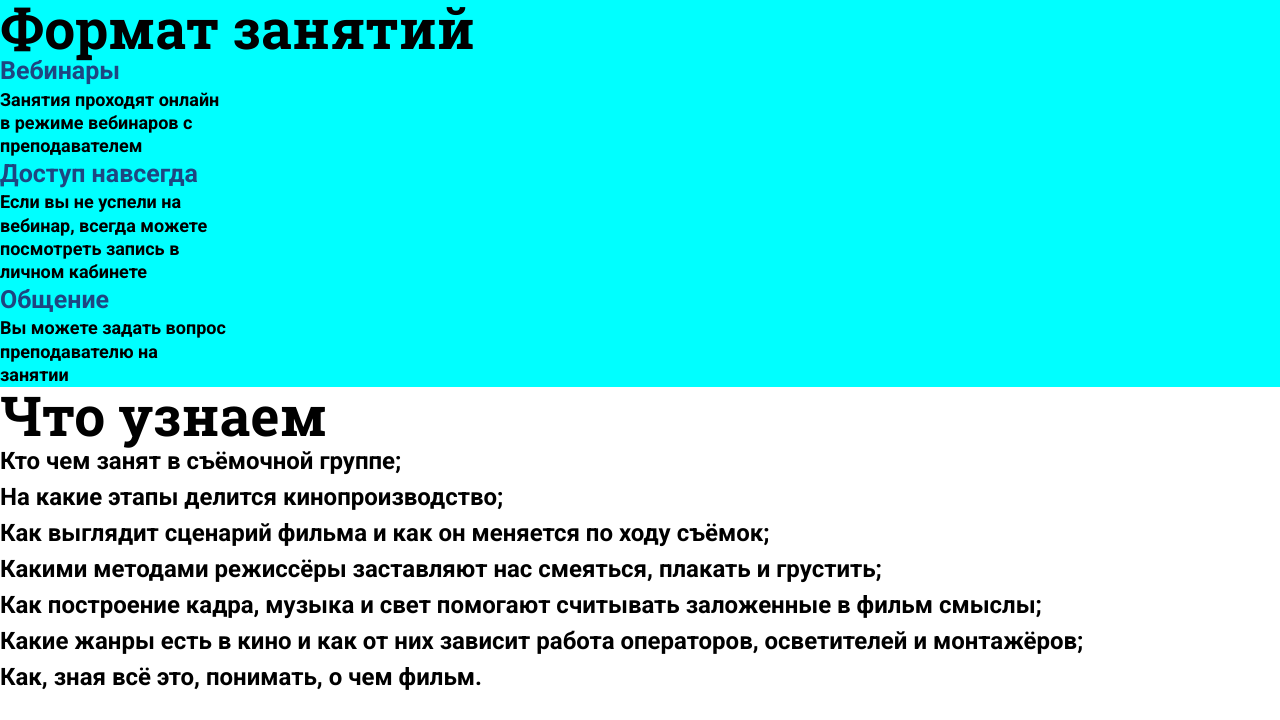
Repository: PoladEziz/Task2
Page: index.html
These files come from the project's save history. The page is drawn as it stood at one moment and after a run of saves; the edit follows.
The browser window is 1280 px wide. The pictures show the whole page.

Above is the page before, as saved 2023-05-04 17:16:35.

### index.html
<!DOCTYPE html>
<html lang="en">

<head>
    <meta charset="UTF-8">
    <meta http-equiv="X-UA-Compatible" content="IE=edge">
    <meta name="viewport" content="width=device-width, initial-scale=1.0">
    <title>Document</title>
    <link rel="stylesheet" href="index.css">
</head>

<body>
    <div class="main">
        <div class="top_box">
            <h1>Формат занятий</h1>
            <div class="top_child">

                <ul>
                    <li>
                        <h2>Вебинары</h2>
                        <p>Занятия проходят онлайн
                            в режиме вебинаров
                            с преподавателем</p>
                    </li>

                    <li>
                        <h2>Доступ навсегда</h2>
                        <p>Если вы не успели на вебинар, всегда можете посмотреть запись в личном кабинете</p>
                    </li>

                    <li>
                        <h2>Общение</h2>
                        <p>Вы можете задать вопрос
                            преподавателю на занятии</p>
                    </li>


                </ul>
            </div>

        </div>
        <div class="bot_box">
            <h1>Что узнаем</h1>
            <ul>
                <li>Кто чем занят в съёмочной группе; </li>
                <li>На какие этапы делится кинопроизводство; </li>
                <li>Как выглядит сценарий фильма и как он меняется по ходу съёмок; </li>
                <li>Какими методами режиссёры заставляют нас смеяться, плакать и грустить; </li>
                <li>Как построение кадра, музыка и свет помогают считывать заложенные в фильм смыслы; </li>
                <li>Какие жанры есть в кино и как от них зависит работа операторов, осветителей и монтажёров; </li>
                <li>Как, зная всё это, понимать, о чем фильм.</li>
            </ul>




        </div>


    </div>
</body>

</html>

### index.css
@import url('https://fonts.googleapis.com/css2?family=Roboto+Slab:wght@700&family=Roboto:wght@700&display=swap');

* {
    margin: 0;
    padding: 0;
}

.main {
    width: 100%;
    display: flex;
    flex-direction: column;
}

.top_box {
    width: 100%;
    background-color: aqua;
}

.top_box h1 {
    font-family: "Roboto Slab";
    font-style: normal;
    font-weight: 700;
    font-size: 55px;
    line-height: 55px;
}

.top_box ul li {
    list-style-type: noe;
    width: 229px;
}

.top_box ul li h2 {
    font-family: 'Roboto';
    font-style: normal;
    font-weight: 700;
    font-size: 25px;
    line-height: 130%;
    color: #1E4681;
}

.top_box ul li p {
    font-family: 'Roboto';
    font-style: normal;
    font-weight: 700;
    font-size: 18px;
    line-height: 130%;
}

.top_child {
    display: flex;
    flex-direction: row;
    width: 100%;
}

.top_box h1 {
    width: 100%;
}

.bot_box {
    width: 100%;
    display: flex;
    flex-direction: column;
}

.bot_box h1 {
    font-family: Roboto Slab;
    font-size: 55px;
    font-weight: 700;
    line-height: 56px;
    text-align: left;

}

.bot_box ul li {
    font-family: Roboto;
    font-size: 24px;
    font-weight: 400;
    line-height: 36px;
    text-align: left;

}

After the next 2 saves:
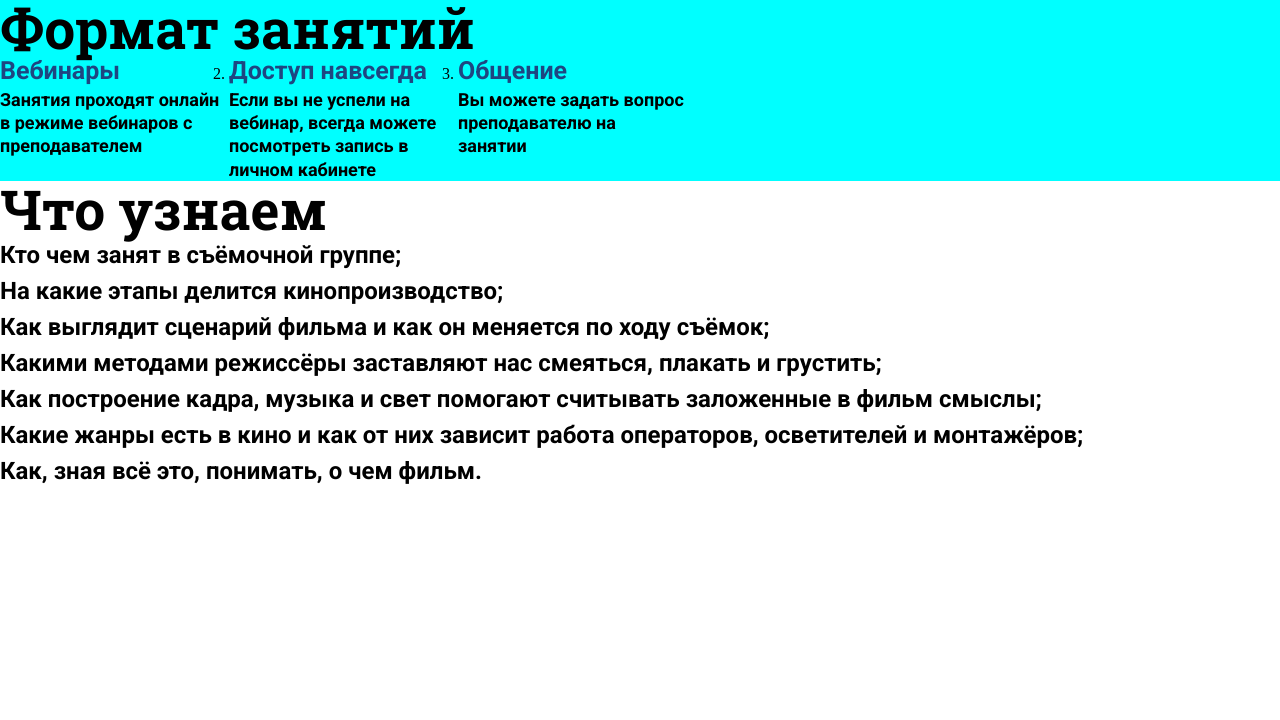
The 2 saves are shown as one change because they came seconds apart.
The last was saved 11 s later.
--- a/index.css
+++ b/index.css
@@ -23,7 +23,9 @@
     font-size: 55px;
     line-height: 55px;
 }
-
+.top_box ul{
+    display: flex;
+}
 .top_box ul li {
     list-style-type: noe;
     width: 229px;
